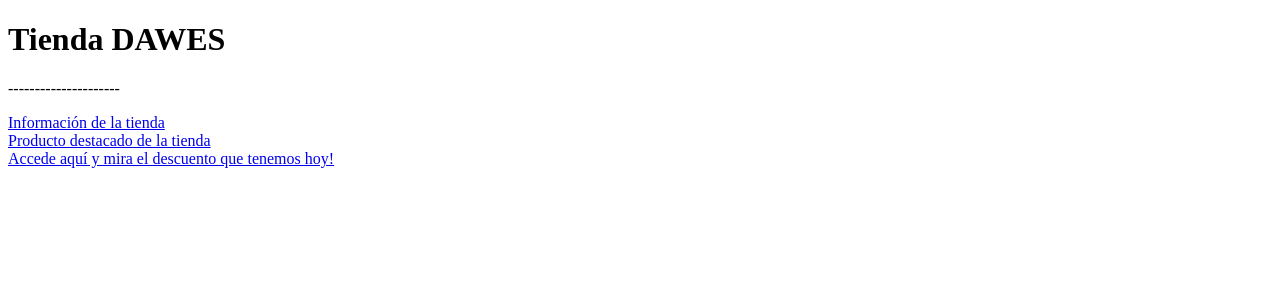
Repository: FelixRN/Second-Year
Page: DAWES/eclipse_casa/SaludoSpringBoot/src/main/resources/static/index.html
These files come from the project's save history. The page is drawn as it stood at one moment and after the next save; the edit follows.
The browser window is 1280 px wide. The pictures show the whole page.

Above is the page before, as saved 2025-10-30 05:58:49.

### DAWES/eclipse_casa/SaludoSpringBoot/src/main/resources/static/index.html
<!DOCTYPE html>
<html>
<head>
<meta charset="UTF-8">
<title>Saludo</title>
</head>
<body>
<h1>Tienda DAWES</h1>
<p>---------------------</p>

<a href="http://localhost:8080/info">Información de la tienda</a>
<br>
<a href="http://localhost:8080/product">Producto destacado de la tienda</a>
<br>
<a href="http://localhost:8080/discount">Accede aquí y mira el descuento que tenemos hoy!</a>
</body>
</html>

After the next save:
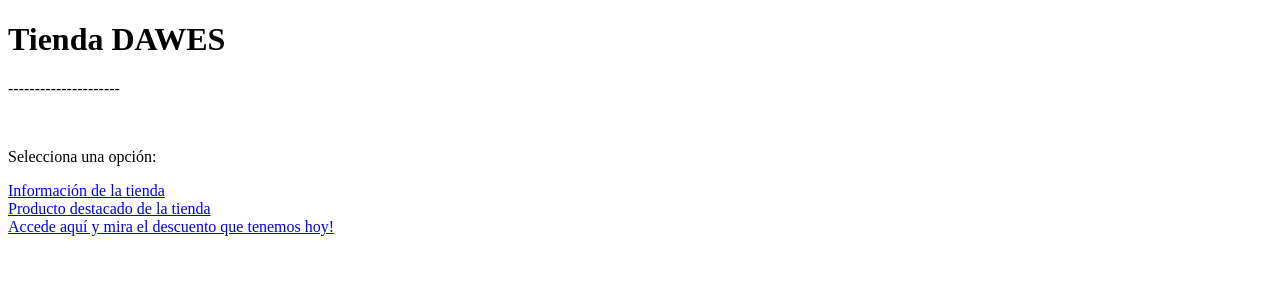
Saved 4 min 33 s later.
--- a/DAWES/eclipse_casa/SaludoSpringBoot/src/main/resources/static/index.html
+++ b/DAWES/eclipse_casa/SaludoSpringBoot/src/main/resources/static/index.html
@@ -7,7 +7,8 @@
 <body>
 <h1>Tienda DAWES</h1>
 <p>---------------------</p>
-
+<br>
+<p>Selecciona una opción:</p>
 <a href="http://localhost:8080/info">Información de la tienda</a>
 <br>
 <a href="http://localhost:8080/product">Producto destacado de la tienda</a>
